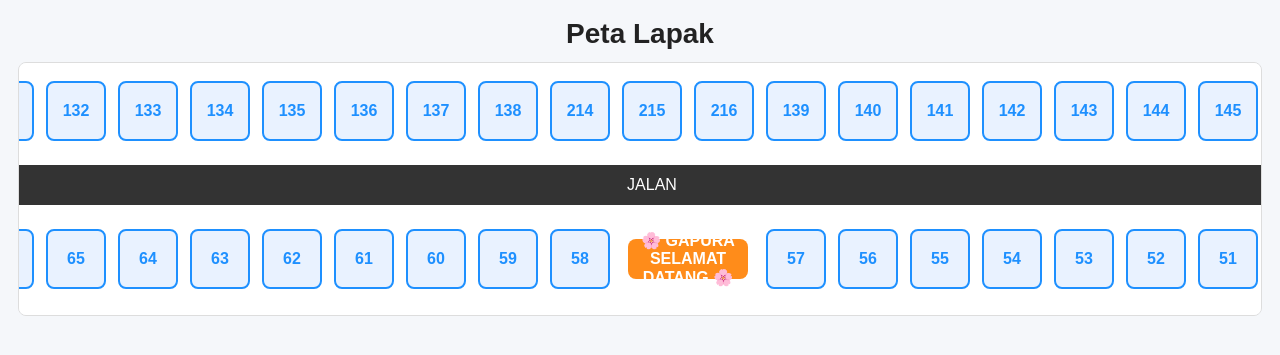
Repository: pasarrakyatbak/denah
Page: index.html
An editor plug-in stored every save of this project. The page is shown before and after the next save, followed by the edit.
The browser window is 1280 px wide. The pictures show the whole page.

Above is the page before, as saved 2025-09-19 08:27:41.

After the next save:
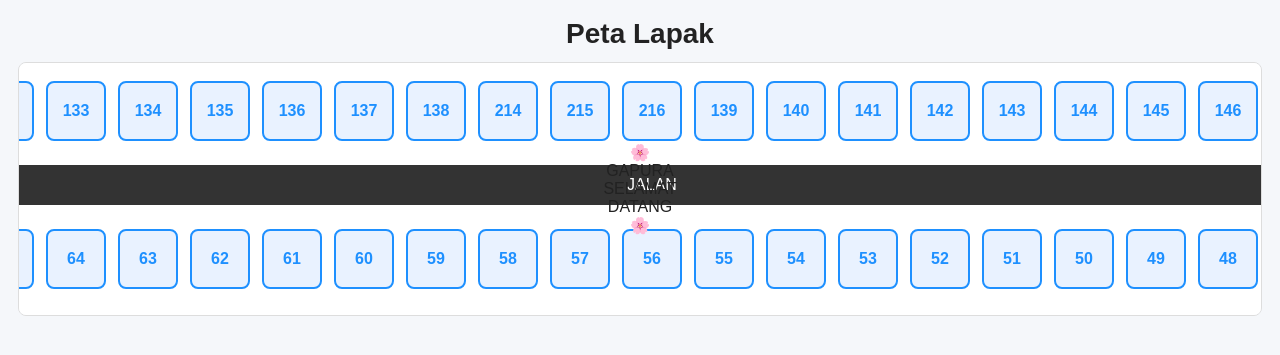
Saved 12 s later.
--- a/script.js
+++ b/script.js
@@ -18,7 +18,8 @@ const rightNumbers = [
     161, 162, 163, 164, 165, 166, 167, 168, 169, 170, 171, 172, 173, 174, 175, 176, 177, 178, 179, 180,
     181, 182, 183, 184, 185
 ];
-// cari elemen
+
+// elemen
 const rightSide = document.getElementById('right-side');
 const leftSide = document.getElementById('left-side');
 const road = document.getElementById('road');
@@ -33,11 +34,10 @@ function makeLapak(num) {
     return d;
 }
 
-// Render:
-// kanan = urutan asli
+// Render kanan (urutan asli)
 rightNumbers.forEach(n => rightSide.appendChild(makeLapak(n)));
 
-// kiri = dibalik
+// Render kiri (dibalik)
 leftNumbers.slice().reverse().forEach(n => leftSide.appendChild(makeLapak(n)));
 
 // Sisipkan "Gerbang Sekolah" di sisi kiri
@@ -54,11 +54,18 @@ function insertGerbangBetween(parent, a, b, label = 'Gerbang Sekolah') {
     parent.insertBefore(g, refNode);
 }
 
-// Contoh gerbang di sisi kiri
-insertGerbangBetween(leftSide, 57, 58, '🌸 GAPURA SELAMAT DATANG 🌸');
+// Contoh gerbang sekolah tetap dipertahankan
+insertGerbangBetween(leftSide, 2, 3, 'Gerbang Sekolah');
+insertGerbangBetween(leftSide, 11, 15, 'Gerbang Sekolah');
 
-// Sesuaikan lebar jalan & scroll
-function adjustRoadAndWidth() {
+// Tambahkan "Gapura Selamat Datang" di tengah jalan
+const gapura = document.createElement('div');
+gapura.className = 'gapura';
+gapura.textContent = '🌸 GAPURA SELAMAT DATANG 🌸';
+scrollContainer.appendChild(gapura);
+
+// Posisi gapura di tengah jalan
+function adjustGapura() {
     const wTop = rightSide.scrollWidth;
     const wBottom = leftSide.scrollWidth;
     const maxW = Math.max(wTop, wBottom);
@@ -66,12 +73,19 @@ function adjustRoadAndWidth() {
     hInner.style.minWidth = (maxW + 40) + 'px';
     road.style.width = maxW + 'px';
 
+    // Posisi horizontal gapura
+    gapura.style.position = 'absolute';
+    gapura.style.top = '50%'; // atau sesuai tinggi jalan
+    gapura.style.left = `${maxW / 2}px`;
+    gapura.style.transform = 'translate(-50%, -50%)';
+
+    // Scroll ke tengah
     const containerW = scrollContainer.clientWidth;
     scrollContainer.scrollLeft = Math.max(0, (maxW - containerW) / 2);
 }
 
-adjustRoadAndWidth();
+adjustGapura();
 window.addEventListener('resize', () => {
     clearTimeout(window._adjustTimeout);
-    window._adjustTimeout = setTimeout(adjustRoadAndWidth, 120);
+    window._adjustTimeout = setTimeout(adjustGapura, 120);
 });
